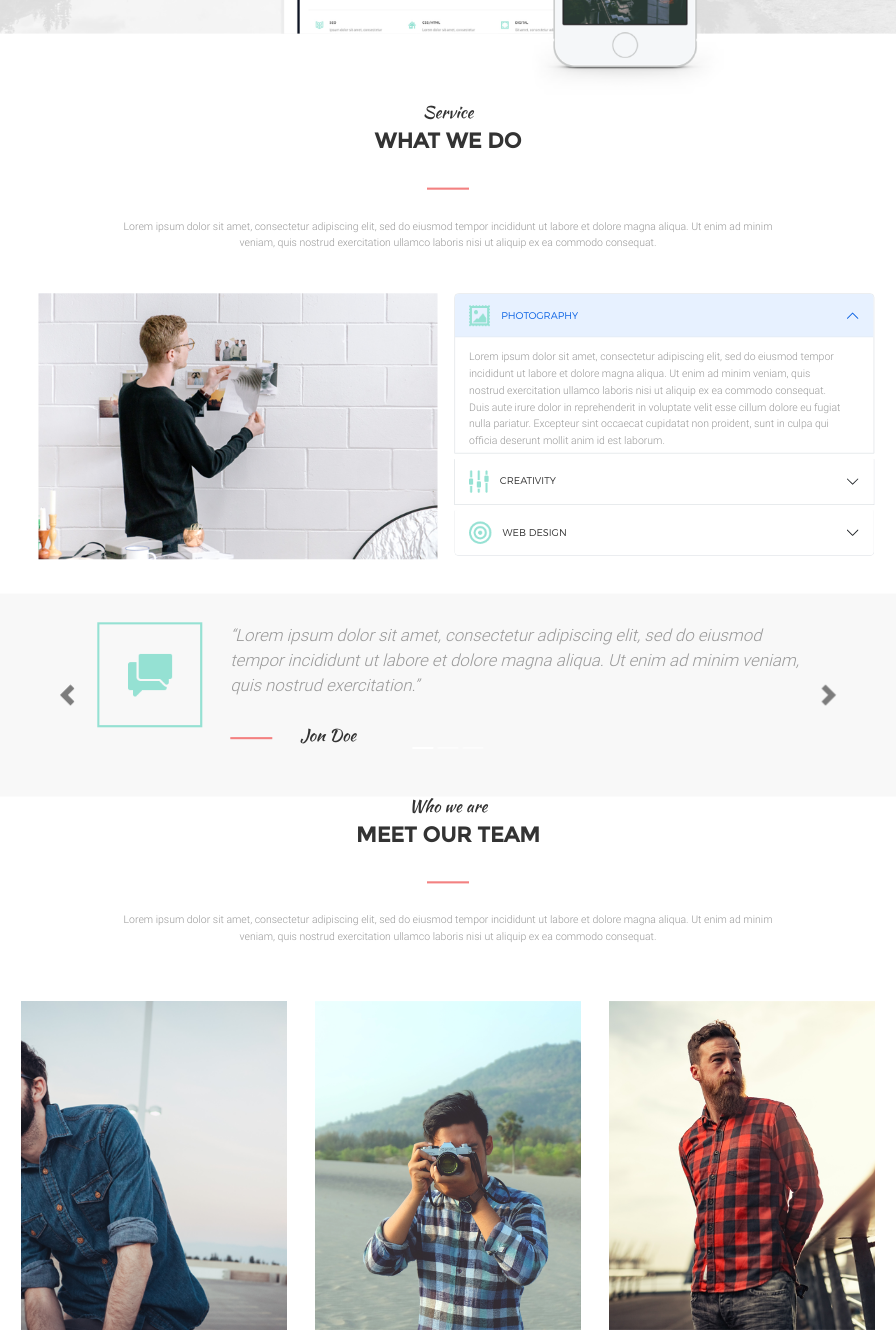
Repository: RaffiBarseghyan/mogo
Page: /
The author's editor kept a copy of each file at every save. The page is drawn from the files as they stood at one save, then again after a run of saves.
The browser window is 1280 px wide. The pictures show the part of the page from y = 3380 to 5300 px (the page is 5300 px tall), at 70% of full size.
The project was rebuilt for these pictures with package versions that can differ from the ones it lists, and the page was loaded fresh each time.

Above is the page before, as saved 2023-05-12 23:27:14.

After the next 2 saves:
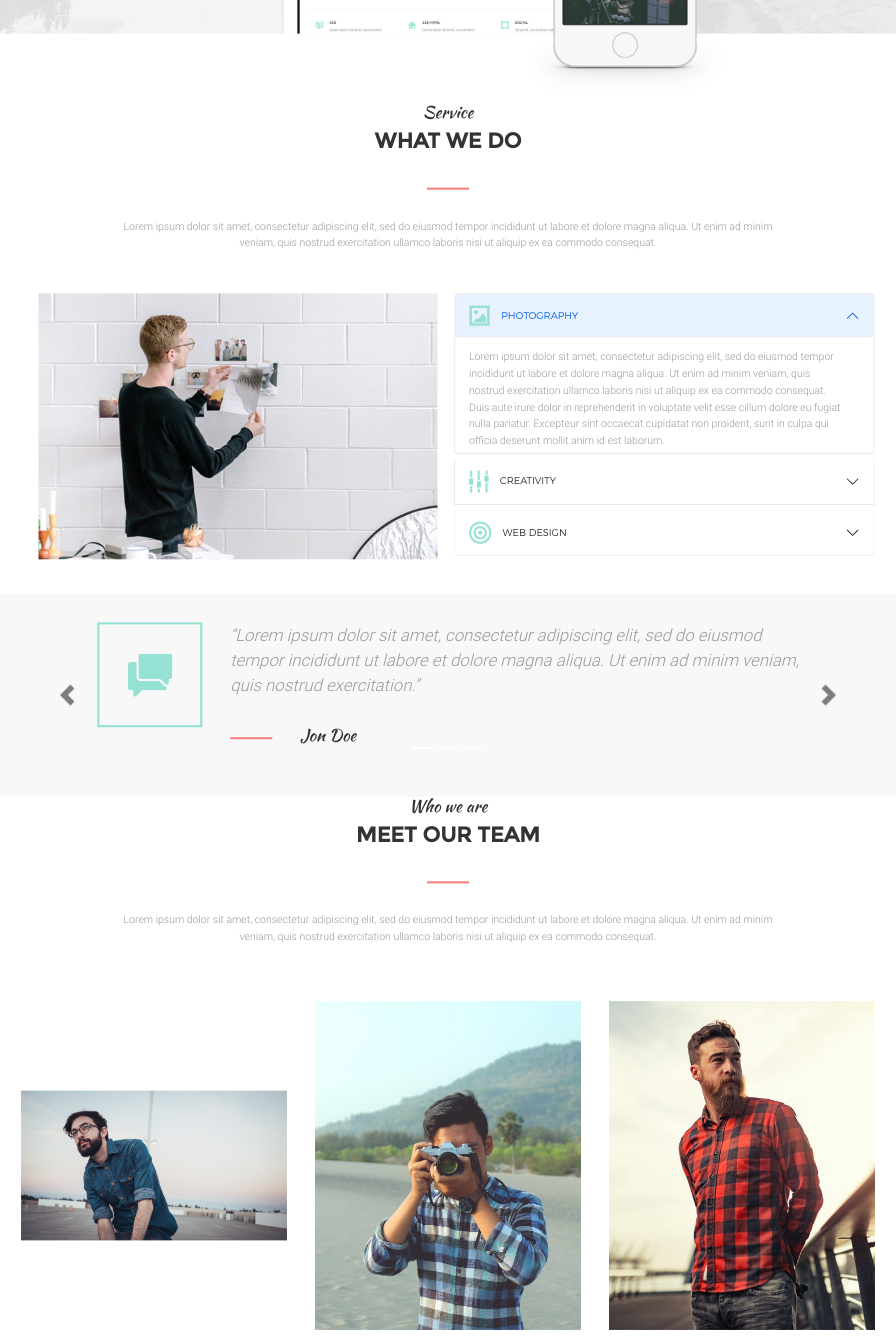
The 2 saves are shown as one change because they came seconds apart.
The last was saved 6 s later.
--- a/src/Pages/WeAre/weAre.module.scss
+++ b/src/Pages/WeAre/weAre.module.scss
@@ -101,7 +101,7 @@
 .aboutImg1 {
     width: 380px;
     height: 470px;
-    object-fit: none !important;
+    object-fit: scale-down !important;
 }
 
 .imgDiv:hover {
